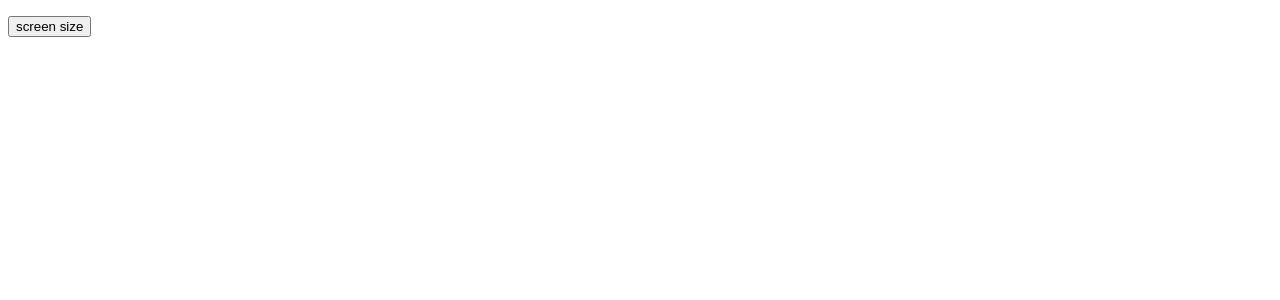
Repository: AndreyMykulych/javascript
Page: 13/index.html
The author's editor kept a copy of each file at every save. The page is drawn from the files as they stood at one save, then again after the next save.
The browser window is 1280 px wide. The pictures show the whole page.
After loading, the first visible `button.addStorageKey` was clicked once.

Above is the page before, as saved 2023-05-05 23:27:44.
Console error: TypeError: p.innerHTML is not a function

After the next save:
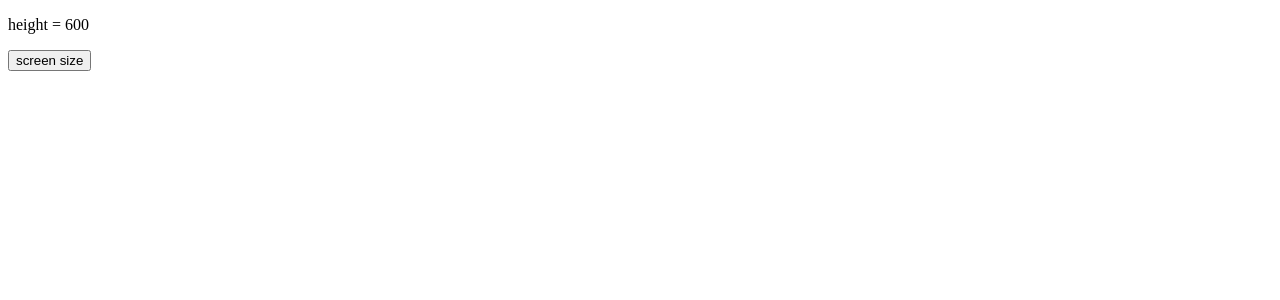
The error is gone.
Saved 94 s later.
--- a/13/one.js
+++ b/13/one.js
@@ -6,8 +6,8 @@ window.onload = () => {
     btn.onclick = function ()  {
       let key1=  localStorage.setItem('key1', window.screen.width)
        let key2 = localStorage.setItem('key2', window.screen.height)
-        p.innerHTML(`width =${window.screen.width}`)
-        p.innerHTML(`height = ${window.screen.height}`)
+        p.innerHTML=`width =${window.screen.width}`
+        p.innerHTML=`height = ${window.screen.height}`
 
     }
 }
